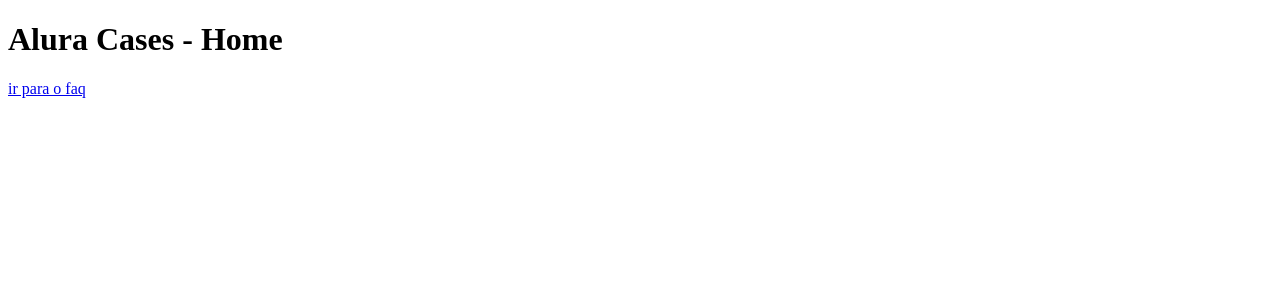
Repository: renan-oliveira93/alura-cases
Page: /
These files come from the project's save history. The page is drawn as it stood at one moment and after a run of saves; the edit follows.
The browser window is 1280 px wide. The pictures show the whole page.
The project was rebuilt for these pictures with package versions that can differ from the ones it lists, and the page was loaded fresh each time. The framework's server and built-in components were replaced by stand-ins that run in the browser.

Above is the page before, as saved 2022-02-09 07:51:53.

After the next 2 saves:
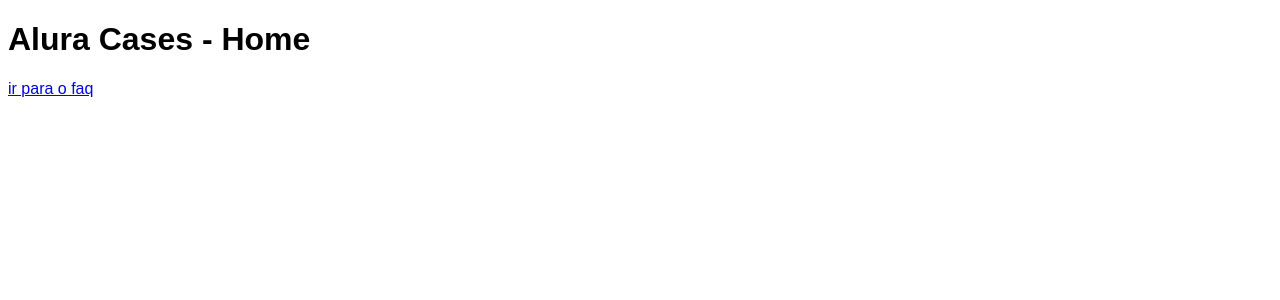
The 2 saves are shown as one change because 1 did not build or start.
The last was saved 3 min 21 s later.
--- a/pages/_app.js
+++ b/pages/_app.js
@@ -1,5 +1,14 @@
+import GlobalStyle from "../src/components/theme/GlobalStyle";
+
 function MyApp ({ Component, pageProps}) {
-    return <Component {...pageProps} />
+    return (
+        <>
+        <GlobalStyle/>
+        <Component {...pageProps} />
+        </>
+    )
+
+
 }
 
 export default MyApp;
